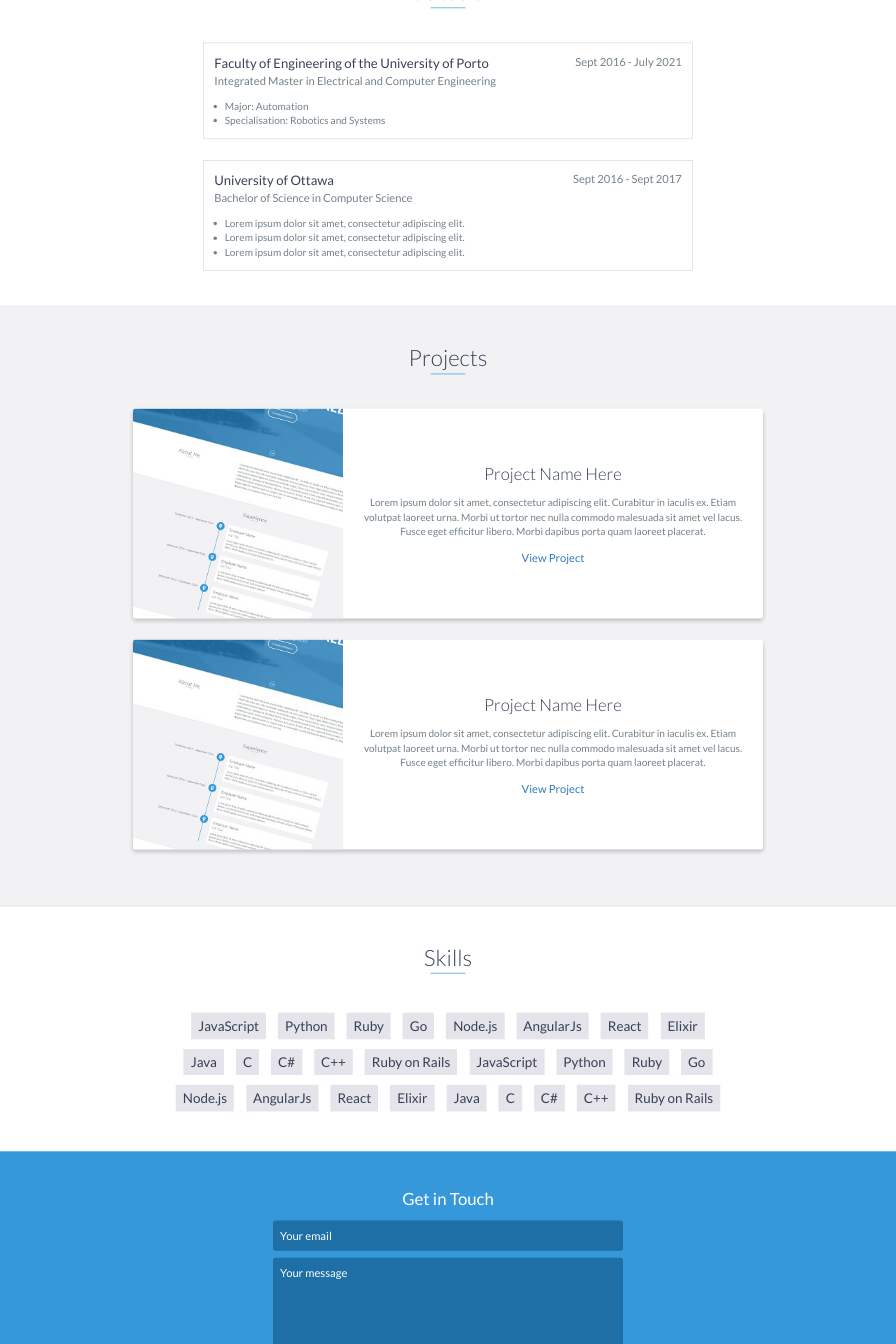
Repository: josegneto/josegneto.github.io
Page: index.html
An editor plug-in stored every save of this project. The page is shown before and after a run of saves, followed by the edit.
The browser window is 1280 px wide. The pictures show the part of the page from y = 1904 to 3824 px (the page is 4097 px tall before and 4056 px after), at 70% of full size.

Above is the page before, as saved 2021-11-30 11:25:58.

### index.html
<!DOCTYPE html>
<html class="no-js" lang="en">

<head>
    <meta charset="utf-8">
    <meta http-equiv="X-UA-Compatible" content="IE=edge">
    <meta name="viewport" content="width=device-width, initial-scale=1">
    <title>My Portfolio</title>
	<link rel="shortcut icon" href="favicon.ico" type="image/x-icon">
	<link rel="icon" href="favicon.ico" type="image/x-icon">
    <link href="https://fonts.googleapis.com/css?family=Lato:300,400,700,900" rel="stylesheet">
    <link rel="stylesheet" href="libs/font-awesome/css/font-awesome.min.css">
    <link href="css/bootstrap.min.css" rel="stylesheet">
    <link href="css/styles.css" rel="stylesheet">
</head>

<body>
    <div id="mobile-menu-open" class="shadow-large">
        <i class="fa fa-bars" aria-hidden="true"></i>
    </div>
    <!-- End #mobile-menu-toggle -->
    <header>
        <div id="mobile-menu-close">
            <span>Close</span> <i class="fa fa-times" aria-hidden="true"></i>
        </div>
        <ul id="menu" class="shadow">
            <li>
                <a href="#about">About</a>
            </li>
            <li>
                <a href="#experience">Experience</a>
            </li>
            <li>
                <a href="#education">Education</a>
            </li>
            <li>
                <a href="#projects">Projects</a>
            </li>
            <li>
                <a href="#skills">Skills</a>
            </li>
            <li>
                <a href="#contact">Contact</a>
            </li>
        </ul>
    </header>
    <!-- End header -->

    <div id="lead">
        <div id="lead-content">
            <h1>José Neto</h1>
            <h2>Electrical Engineer</h2>
            <a href="extra/CV_JoseNeto.pdf" class="btn-rounded-white" target="_blank">Download Resume</a>
        </div>
        <!-- End #lead-content -->

        <div id="lead-overlay"></div>

        <div id="lead-down">
            <span>
                <i class="fa fa-chevron-down" aria-hidden="true"></i>
            </span>
        </div>
        <!-- End #lead-down -->
    </div>
    <!-- End #lead -->

    <div id="about">
        <div class="container">
            <div class="row">
                <div class="col-md-4">
                    <h2 class="heading">About Me</h2>
                </div>
                <div class="col-md-8">
                    <h2>Areas of interest</h2>
                        <ul>
                        <li>Robotics</li>
                        <li>Embedded Systems</li>
                        <li>Internet of Things</li>
                        <li>Intelligent Transport Systems</li>
                        </ul>
                </div>
            </div>
        </div>
    </div>
    <!-- End #about -->

    <div id="experience" class="background-alt">
        <h2 class="heading">Experience</h2>
        <div id="experience-timeline">
            <div data-date="July - September 2020">
                <h3>Pavnext</h3>
                <h4>PEJENE 2020</h4>
                <p>
                    I was part of a team developing a smart-city structure capable of acquiring data from a multi-slave->master system, which will be then presented on a Web interface.                </p>
            </div>

            <div data-date="July - August 2019">
                <h3>CEiiA</h3>
                <h4>Summer Connection Program</h4>
                <p>
                    I spent two months at CEiiA on a team responsible for the development and optimization of low cost and eco-friendly monitoring buoys.                </p>
            </div>

            <div data-date="July 2018">
                <h3>Critical Software</h3>
                <h4>Summer Innovation Week</h4>
                <p>
                    I spent a week at Critical Software (Coimbra) working on a team, developing an environmental sensor station, the senseBox. At the end of the week we did a pitch for the company CEO and other employees.                </p>
            </div>
        </div>
    </div>
    <!-- End #experience -->

    <div id="education">
        <h2 class="heading">Education</h2>
        <div class="education-block">
            <h3>Faculty of Engineering of the University of Porto</h3>
            <span class="education-date">Sept 2016 - July 2021</span>
            <h4>Integrated Master in Electrical and Computer Engineering</h4>
            <ul>
                <li>
                    Major: Automation
                </li>
                <li>
                    Specialisation: Robotics and Systems
                </li>
            </ul>
        </div>
        <!-- End .education-block -->

        <div class="education-block">
            <h3>University of Ottawa</h3>
            <span class="education-date">Sept 2016 - Sept 2017</span>
            <h4>Bachelor of Science in Computer Science</h4>
            <ul>
                <li>
                    Lorem ipsum dolor sit amet, consectetur adipiscing elit.
                </li>
                <li>
                    Lorem ipsum dolor sit amet, consectetur adipiscing elit.
                </li>
                <li>
                    Lorem ipsum dolor sit amet, consectetur adipiscing elit.
                </li>
            </ul>
        </div>
        <!-- End .education-block -->
    </div>
    <!-- End #education -->

    <div id="projects" class="background-alt">
        <h2 class="heading">Projects</h2>
        <div class="container">
            <div class="row">
                <div class="project shadow-large">
                    <div class="project-image">
                        <img src="images/project.jpg" />
                    </div>
                    <!-- End .project-image -->
                    <div class="project-info">
                        <h3>Project Name Here</h3>
                        <p>
                            Lorem ipsum dolor sit amet, consectetur adipiscing elit. Curabitur in iaculis ex. Etiam volutpat laoreet urna. Morbi ut tortor nec nulla commodo malesuada sit amet vel lacus. Fusce eget efficitur libero. Morbi dapibus porta quam laoreet placerat.
                        </p>
                        <a href="#">View Project</a>
                    </div>
                    <!-- End .project-info -->
                </div>
                <!-- End .project -->

                <div class="project shadow-large">
                    <div class="project-image">
                        <img src="images/project.jpg" />
                    </div>
                    <!-- End .project-image -->
                    <div class="project-info">
                        <h3>Project Name Here</h3>
                        <p>
                            Lorem ipsum dolor sit amet, consectetur adipiscing elit. Curabitur in iaculis ex. Etiam volutpat laoreet urna. Morbi ut tortor nec nulla commodo malesuada sit amet vel lacus. Fusce eget efficitur libero. Morbi dapibus porta quam laoreet placerat.
                        </p>
                        <a href="#">View Project</a>
                    </div>
                    <!-- End .project-info -->
                </div>
                <!-- End .project -->
            </div>
        </div>
    </div>
    <!-- End #projects -->

    <div id="skills">
        <h2 class="heading">Skills</h2>
        <ul>
            <li>JavaScript</li>
            <li>Python</li>
            <li>Ruby</li>
            <li>Go</li>
            <li>Node.js</li>
            <li>AngularJs</li>
            <li>React</li>
            <li>Elixir</li>
            <li>Java</li>
            <li>C</li>
            <li>C#</li>
            <li>C++</li>
            <li>Ruby on Rails</li>
            <li>JavaScript</li>
            <li>Python</li>
            <li>Ruby</li>
            <li>Go</li>
            <li>Node.js</li>
            <li>AngularJs</li>
            <li>React</li>
            <li>Elixir</li>
            <li>Java</li>
            <li>C</li>
            <li>C#</li>
            <li>C++</li>
            <li>Ruby on Rails</li>
        </ul>
    </div>
    <!-- End #skills -->

    <div id="contact">
        <h2>Get in Touch</h2>
        <div id="contact-form">
            <form method="POST" action="https://formspree.io/email@email.com">
                <input type="hidden" name="_subject" value="Contact request from personal website" />
                <input type="email" name="_replyto" placeholder="Your email" required>
                <textarea name="message" placeholder="Your message" required></textarea>
                <button type="submit">Send</button>
            </form>
        </div>
        <!-- End #contact-form -->
    </div>
    <!-- End #contact -->

    <footer>
        <div class="container">
            <div class="row">
                <div class="col-sm-5 copyright">
                    <p>
                        Copyright &copy; 2020 YOUR NAME
                    </p>
                </div>
                <div class="col-sm-2 top">
                    <span id="to-top">
                        <i class="fa fa-chevron-up" aria-hidden="true"></i>
                    </span>
                </div>
                <div class="col-sm-5 social">
                    <ul>
                        <li>
                            <a href="https://github.com/" target="_blank"><i class="fa fa-github" aria-hidden="true"></i></a>
                        </li>
                        <li>
                            <a href="https://stackoverflow.com/" target="_blank"><i class="fa fa-stack-overflow" aria-hidden="true"></i></a>
                        </li>
                        <li>
                            <a href="https://linkedin.com/" target="_blank"><i class="fa fa-linkedin" aria-hidden="true"></i></a>
                        </li>
                        <li>
                            <a href="https://www.facebook.com/" target="_blank"><i class="fa fa-facebook" aria-hidden="true"></i></a>
                        </li>
                        <li>
                            <a href="https://twitter.com/" target="_blank"><i class="fa fa-twitter" aria-hidden="true"></i></a>
                        </li>
                        <li>
                            <a href="https://plus.google.com/" target="_blank"><i class="fa fa-google-plus" aria-hidden="true"></i></a>
                        </li>
                    </ul>
                </div>
            </div>
        </div>
    </footer>
    <!-- End footer -->

    <script src="https://ajax.googleapis.com/ajax/libs/jquery/1.12.4/jquery.min.js"></script>
    <script src="js/scripts.min.js"></script>
</body>

</html>

Loaded but not shown: libs/font-awesome/css/font-awesome.min.css (library); css/bootstrap.min.css (library); js/scripts.min.js (common file); css/styles.css (847 lines, source omitted)

After the next 2 saves:
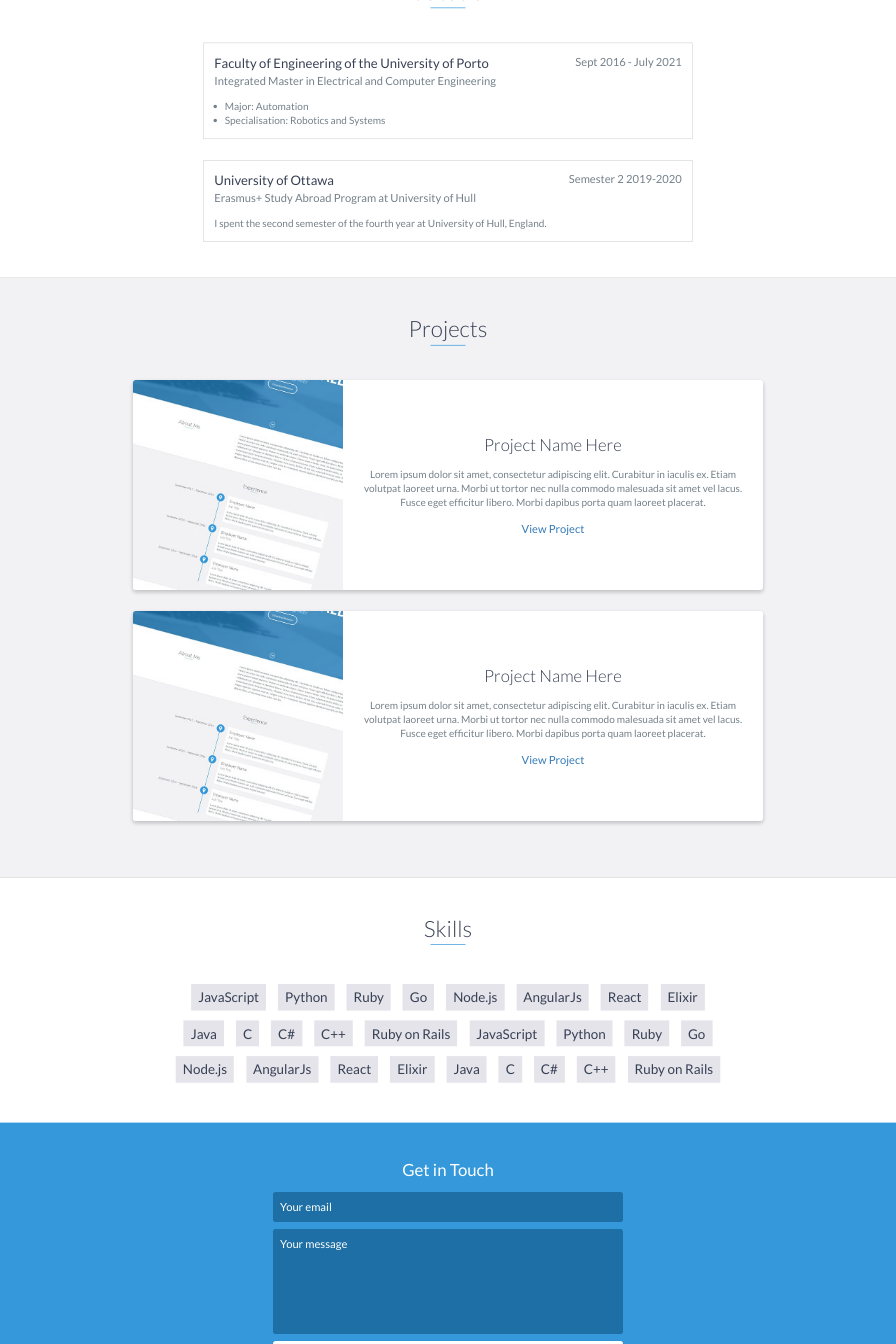
The 2 saves are shown as one change because they came seconds apart.
The last was saved 53 s later.
--- a/index.html
+++ b/index.html
@@ -131,19 +131,12 @@
 
         <div class="education-block">
             <h3>University of Ottawa</h3>
-            <span class="education-date">Sept 2016 - Sept 2017</span>
-            <h4>Bachelor of Science in Computer Science</h4>
-            <ul>
-                <li>
-                    Lorem ipsum dolor sit amet, consectetur adipiscing elit.
-                </li>
-                <li>
-                    Lorem ipsum dolor sit amet, consectetur adipiscing elit.
-                </li>
-                <li>
-                    Lorem ipsum dolor sit amet, consectetur adipiscing elit.
-                </li>
-            </ul>
+            <span class="education-date">Semester 2 2019-2020</span>
+            <h4>Erasmus+ Study Abroad Program at University of Hull</h4>
+            <p>
+                I spent the second semester of the fourth year at University of Hull,
+                England.
+            </p>
         </div>
         <!-- End .education-block -->
     </div>
